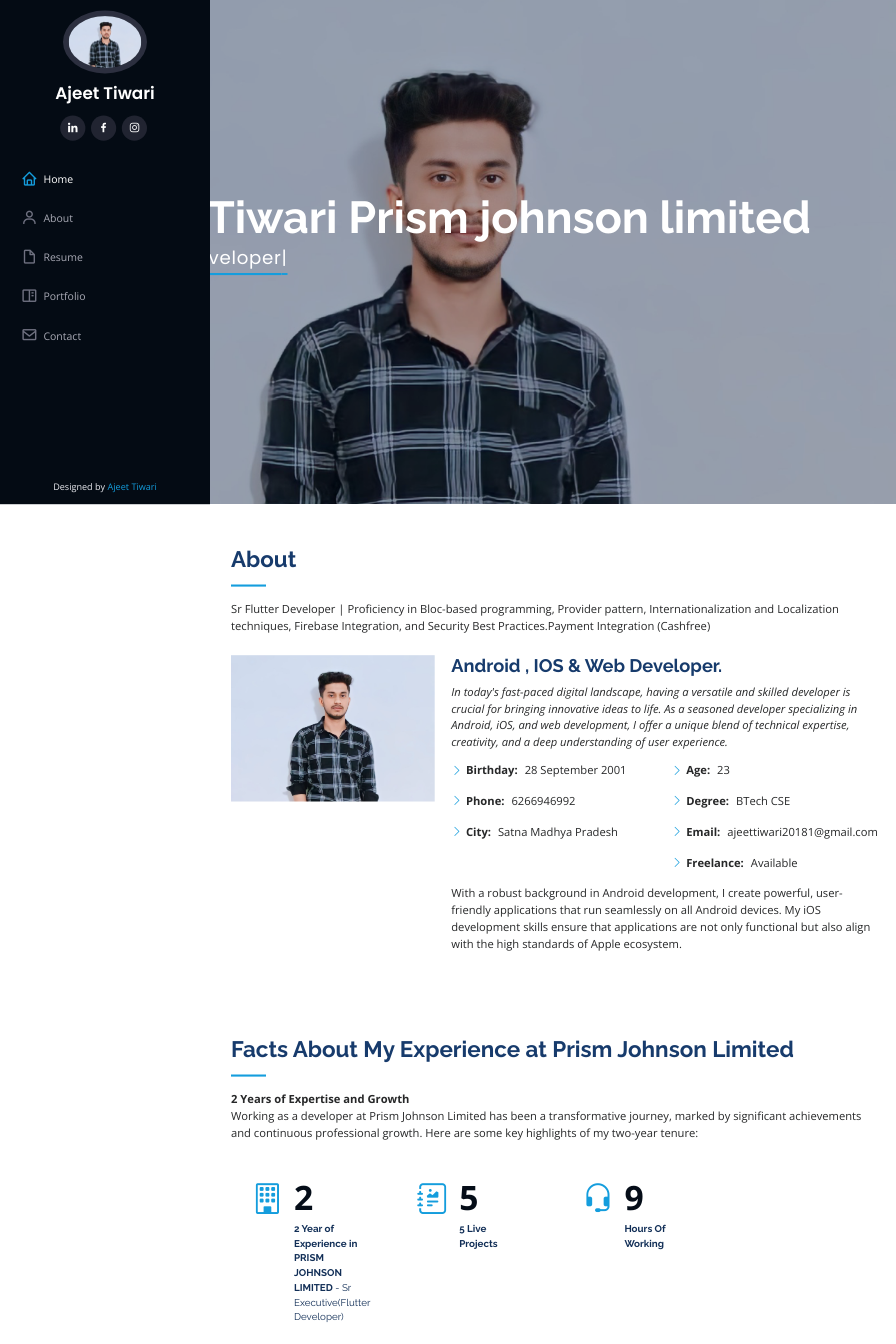
Repository: ajeettiwari-2809/iPortfolio
Page: index.html
These files come from the project's save history. The page is drawn as it stood at one moment and after the next save; the edit follows.
The browser window is 1280 px wide. The pictures show the part of the page from y = 0 to 1920 px (the page is 5395 px tall), at 70% of full size.
A picture or video elsewhere on the page could not be fetched, so the positions and the page height are approximate. Backgrounds fixed to the window are drawn as part of the page.

Above is the page before, as saved 2024-06-05 15:26:16.

### index.html
<!DOCTYPE html>
<html lang="en">

<head>
  <meta charset="utf-8">
  <meta content="width=device-width, initial-scale=1.0" name="viewport">

  <title>myportfolio</title>
  <meta content="" name="description">
  <meta content="" name="keywords">

  <!-- Favicons -->


  <!-- Google Fonts -->
  <link href="https://fonts.googleapis.com/css?family=Open+Sans:300,300i,400,400i,600,600i,700,700i|Raleway:300,300i,400,400i,500,500i,600,600i,700,700i|Poppins:300,300i,400,400i,500,500i,600,600i,700,700i" rel="stylesheet">

  <!-- Vendor CSS Files -->
  <link href="assets/vendor/aos/aos.css" rel="stylesheet">
  <link href="assets/vendor/bootstrap/css/bootstrap.min.css" rel="stylesheet">
  <link href="assets/vendor/bootstrap-icons/bootstrap-icons.css" rel="stylesheet">
  <link href="assets/vendor/boxicons/css/boxicons.min.css" rel="stylesheet">
  <link href="assets/vendor/glightbox/css/glightbox.min.css" rel="stylesheet">
  <link href="assets/vendor/swiper/swiper-bundle.min.css" rel="stylesheet">

  <!-- Template Main CSS File -->
  <link href="assets/css/style.css" rel="stylesheet">

  <!-- =======================================================
  * Template Name: iPortfolio
  * Template URL: https://bootstrapmade.com/iportfolio-bootstrap-portfolio-websites-template/
  * Updated: Mar 17 2024 with Bootstrap v5.3.3
  * Author: BootstrapMade.com
  * License: https://bootstrapmade.com/license/
  ======================================================== -->
</head>

<body>

  <!-- ======= Mobile nav toggle button ======= -->
  <i class="bi bi-list mobile-nav-toggle d-xl-none"></i>

  <!-- ======= Header ======= -->
  <header id="header">
    <div class="d-flex flex-column">

      <div class="profile">
        <img src="assets/img/ajeetimage.png" alt="" class="img-fluid rounded-circle">
        <h1 class="text-light"><a href="index.html">Ajeet Tiwari</a></h1>
        <div class="social-links mt-3 text-center">
          <a href="https://www.linkedin.com/in/ajeet-tiwari-01905920b?utm_source=share&utm_campaign=share_via&utm_content=profile&utm_medium=ios_app" class="linkedin"><i class="bx bxl-linkedin"></i></a>
          <a href="https://www.facebook.com/share/cY1Q29HqS226Du95/?mibextid=LQQJ4d" class="facebook"><i class="bx bxl-facebook"></i></a>
          <a href="https://www.instagram.com/ajeettiwari____?igsh=a3J4eXc4cG4yYWhu&utm_source=qr" class="instagram"><i class="bx bxl-instagram"></i></a>




        </div>
      </div>

      <nav id="navbar" class="nav-menu navbar">
        <ul>
          <li><a href="#hero" class="nav-link scrollto active"><i class="bx bx-home"></i> <span>Home</span></a></li>
          <li><a href="#about" class="nav-link scrollto"><i class="bx bx-user"></i> <span>About</span></a></li>
          <li><a href="#resume" class="nav-link scrollto"><i class="bx bx-file-blank"></i> <span>Resume</span></a></li>
          <li><a href="#portfolio" class="nav-link scrollto"><i class="bx bx-book-content"></i> <span>Portfolio</span></a></li>
          <!-- <li><a href="#services" class="nav-link scrollto"><i class="bx bx-server"></i> <span>Services</span></a></li> -->
          <li><a href="#contact" class="nav-link scrollto"><i class="bx bx-envelope"></i> <span>Contact</span></a></li>
        </ul>
      </nav><!-- .nav-menu -->
    </div>
  </header><!-- End Header -->

  <!-- ======= Hero Section ======= -->
  <section id="hero" class="d-flex flex-column justify-content-center align-items-center" style="background-image: url(assets/img/ajeetimage.png);">
    <div class="hero-container" data-aos="fade-in">
      <h1>Ajeet Tiwari <span>Prism johnson limited</span></h1>
      <p>I'm <span class="typed" data-typed-items="Sr. Executive, Flutter Developer, Freelancer, Web Developer"></span></p>
    </div>


  </section><!-- End Hero -->

  <main id="main">

    <!-- ======= About Section ======= -->
    <section id="about" class="about">
      <div class="container">

        <div class="section-title">
          <h2>About</h2>
          <p>Sr Flutter Developer | Proficiency in Bloc-based programming, Provider pattern, Internationalization and Localization techniques, Firebase Integration, and Security Best Practices.Payment Integration (Cashfree)</p>
        </div>

        <div class="row">
          <div class="col-lg-4" data-aos="fade-right">
            <img src="assets/img/ajeetimage.png" class="img-fluid" alt="">
          </div>
          <div class="col-lg-8 pt-4 pt-lg-0 content" data-aos="fade-left">
            <h3>Android , IOS &amp; Web Developer.</h3>
            <p class="fst-italic">
              In today's fast-paced digital landscape, having a versatile and skilled developer is crucial for bringing innovative ideas to life. As a seasoned developer specializing in Android, iOS, and web development, I offer a unique blend of technical expertise, creativity, and a deep understanding of user experience.
            </p>
            <div class="row">
              <div class="col-lg-6">
                <ul>
                  <li><i class="bi bi-chevron-right"></i> <strong>Birthday:</strong> <span>28 September 2001</span></li>

                  <li><i class="bi bi-chevron-right"></i> <strong>Phone:</strong> <span>6266946992</span></li>
                  <li><i class="bi bi-chevron-right"></i> <strong>City:</strong> <span>Satna Madhya Pradesh</span></li>
                </ul>
              </div>
              <div class="col-lg-6">
                <ul>
                  <li><i class="bi bi-chevron-right"></i> <strong>Age:</strong> <span>23</span></li>
                  <li><i class="bi bi-chevron-right"></i> <strong>Degree:</strong> <span>BTech CSE</span></li>
                  <li><i class="bi bi-chevron-right"></i> <strong>Email:</strong> <span>ajeettiwari20181@gmail.com</span></li>
                  <li><i class="bi bi-chevron-right"></i> <strong>Freelance:</strong> <span>Available</span></li>
                </ul>
              </div>
            </div>
            <p>
              With a robust background in Android development, I create powerful, user-friendly applications that run seamlessly on all Android devices.

            My iOS development skills ensure that applications are not only functional but also align with the high standards of Apple ecosystem.
            </p>
          </div>
        </div>

      </div>
    </section><!-- End About Section -->

    <!-- ======= Facts Section ======= -->
    <section id="facts" class="facts">
      <div class="container">

        <div class="section-title">
          <h2>Facts About My Experience at Prism Johnson Limited
          </h2>
          <b>2 Years of Expertise and Growth</b>
          <p>Working as a developer at Prism Johnson Limited has been a transformative journey, marked by significant achievements and continuous professional growth. Here are some key highlights of my two-year tenure:</p>
        </div>

        <div class="row no-gutters">

          <div class="col-lg-3 col-md-6 d-md-flex align-items-md-stretch" data-aos="fade-up">
            <div class="count-box">
              <i class="bi bi-building"></i>
 <span data-purecounter-start="0" data-purecounter-end="2 " data-purecounter-duration="1" class="purecounter"></span>
              <p><strong>2 Year of Experience in PRISM JOHNSON LIMITED</strong>  - Sr Executive(Flutter Developer)</p>
            </div>
          </div>

          <div class="col-lg-3 col-md-6 d-md-flex align-items-md-stretch" data-aos="fade-up" data-aos-delay="100">
            <div class="count-box">
              <i class="bi bi-journal-richtext"></i>
              <span data-purecounter-start="0" data-purecounter-end="5" data-purecounter-duration="1" class="purecounter"></span>
              <p><strong>5 Live  Projects</strong></p>
            </div>
          </div>

          <div class="col-lg-3 col-md-6 d-md-flex align-items-md-stretch" data-aos="fade-up" data-aos-delay="200">
            <div class="count-box">
              <i class="bi bi-headset"></i>
              <span data-purecounter-start="0" data-purecounter-end="9" data-purecounter-duration="1" class="purecounter"></span>
              <p><strong>Hours Of Working</strong> </p>
            </div>
          </div>



        </div>

      </div>
    </section><!-- End Facts Section -->

    <!-- ======= Skills Section ======= -->
    <section id="skills" class="skills section-bg">
      <div class="container">

        <div class="section-title">
          <h2>Comprehensive Skill Set: Your Go-To Developer for Android, iOS, and Web Solutions</h2>
          <b>Mastering the Art of Development</b>
          <p>In the dynamic field of technology, having a diverse and robust skill set is essential to stay ahead of the curve. With a solid foundation and continuous learning, I have developed a comprehensive range of skills across Android, iOS, and web development. Here’s a detailed look at my key competencies:</p>
        </div>

        <div class="row skills-content">

          <div class="col-lg-6" data-aos="fade-up">

            <div class="progress">
              <span class="skill">FLUTTER & DART   <i class="val">100%</i></span>
              <div class="progress-bar-wrap">
                <div class="progress-bar" role="progressbar" aria-valuenow="100" aria-valuemin="0" aria-valuemax="100"></div>
              </div>
            </div>

            <div class="progress">
              <span class="skill">HTML & CSS <i class="val">95%</i></span>
              <div class="progress-bar-wrap">
                <div class="progress-bar" role="progressbar" aria-valuenow="90" aria-valuemin="0" aria-valuemax="100"></div>
              </div>
            </div>

            <div class="progress">
              <span class="skill">Java<i class="val">70%</i></span>
              <div class="progress-bar-wrap">
                <div class="progress-bar" role="progressbar" aria-valuenow="75" aria-valuemin="0" aria-valuemax="100"></div>
              </div>
            </div>

          </div>

          <div class="col-lg-6" data-aos="fade-up" data-aos-delay="100">

            <div class="progress">
              <span class="skill">ANGULAR <i class="val">90%</i></span>
              <div class="progress-bar-wrap">
                <div class="progress-bar" role="progressbar" aria-valuenow="80" aria-valuemin="0" aria-valuemax="100"></div>
              </div>
            </div>

            <div class="progress">
              <span class="skill">DATA STRUCTURE & ALGORITHAM<i class="val">50%</i></span>
              <div class="progress-bar-wrap">
                <div class="progress-bar" role="progressbar" aria-valuenow="90" aria-valuemin="0" aria-valuemax="100"></div>
              </div>
            </div>



          </div>

        </div>

      </div>
    </section><!-- End Skills Section -->

   <!-- REsume section -->

    <section id="resume" class="resume">
      <div class="container">

        <div class="section-title">
          <h2>Resume</h2>
          <p>Versatile Android, iOS, and Web Developer with Proven Track Record in Delivering High-Quality Projects On Time.</p>
        </div>

        <div class="row">
          <div class="col-lg-12" data-aos="fade-up">
            <iframe src="assets/resume.pdf" width="100%" height="600px" style="border: none;"></iframe>
          </div>
        </div>

      </div>
    </section>


    <!-- ======= Portfolio Section ======= -->
    <section id="portfolio" class="portfolio section-bg">
      <div class="container">

        <div class="section-title">
          <h2>My Portfolio: Showcasing Innovation and Excellence in Android, iOS, and Web Development</h2>
          <p>As a dedicated developer with a passion for creating seamless and impactful digital experiences, my portfolio is a testament to my skills, creativity, and commitment to excellence. Here, you'll find a selection of my most significant projects, each highlighting my expertise in Android, iOS, and web development.</p>
        </div>

        <div class="row" data-aos="fade-up">
          <div class="col-lg-12 d-flex justify-content-center">
            <ul id="portfolio-flters">
              <li data-filter="*" class="filter-active">All</li>
              <li data-filter=".filter-app">App</li>

              <li data-filter=".filter-web">Web</li>
            </ul>
          </div>
        </div>

        <div class="row portfolio-container" data-aos="fade-up" data-aos-delay="100">

          <div class="col-lg-4 col-md-6 portfolio-item filter-app">
            <div class="portfolio-wrap"  style="height: 300px;">
              <img src="https://encrypted-tbn0.gstatic.com/images?q=tbn:ANd9GcQEhpZyL2tw1JmrYVNpmJJKZMkWOTEFITJp1g&s" class="img-fluid" alt="">
              <div class="portfolio-links">
                <a href="https://play.google.com/store/search?q=prism%20aspire&c=apps&hl=en-IN"  title="Prism Aspire"><i class="bx bxl-android"></i>
                </a>
                <a href="aspire.html" title="More Details"><i class="bx bx-link"></i></a>
              </div>
            </div>
          </div>

          <div class="col-lg-4 col-md-6 portfolio-item filter-app">
            <div class="portfolio-wrap"  style="height: 300px;">
              <img src="assets/img/insapp.png" class="img-fluid" alt="">
              <div class="portfolio-links">
                <a href="https://play.google.com/store/apps/details?id=com.seva.indica&hl=en-IN"  title="Indica Labs"><i class="bx bxl-android"></i>
                </a>
                <a href="" title="More Details"><i class="bx bx-link"></i></a>
              </div>
            </div>
          </div>

          <div class="col-lg-4 col-md-6 portfolio-item filter-web">
            <div class="portfolio-wrap">
              <img src="assets/img/aspireweb.png" class="img-fluid" alt="">
              <div class="portfolio-links">
                <a href="https://aspire.prismcement.com/" title="Web 3"><i class="bx bx-plus"></i></a>
                <a href="aspireweb.html" title="More Details"><i class="bx bx-link"></i></a>
              </div>
            </div>
          </div>





          <div class="col-lg-4 col-md-6 portfolio-item filter-web">
            <div class="portfolio-wrap">
              <img src="assets/img/aspireweb1.png"class="img-fluid" alt="">
              <div class="portfolio-links">
                <a href="https://asms.prismcement.com/" title="Web 2"><i class="bx bx-plus"></i></a>
                <a href="asms.html" title="More Details"><i class="bx bx-link"></i></a>
              </div>
            </div>
          </div>







          <div class="col-lg-4 col-md-6 portfolio-item filter-web">
            <div class="portfolio-wrap">
              <img src="assets/img/indweb.png" class="img-fluid" alt="">
              <div class="portfolio-links">
                <a href="https://www.indicalabs.in/"  title="Web 3"><i class="bx bx-plus"></i></a>
                <a href="" title="More Details"><i class="bx bx-link"></i></a>
              </div>
            </div>
          </div>

        </div>

      </div>
    </section><!-- End Portfolio Section -->

    <!-- ======= Services Section ======= -->

    <!-- ======= Testimonials Section ======= -->


    <!-- ======= Contact Section ======= -->
    <section id="contact" class="contact">
      <div class="container">

        <div class="section-title">
          <h2>Contact Details</h2>
          <p>Having clear and accessible contact details is essential for any business or organization. It facilitates communication between the business and its customers, partners, or any interested parties.</p>
        </div>

        <div class="row" data-aos="fade-in">

          <div class="col-lg-5 d-flex align-items-stretch">
            <div class="info">
              <div class="address">
                <i class="bi bi-geo-alt"></i>
                <h4>Location:</h4>
                <p>SATNA MADHYA PRADESH , north pateri (near VITS Collage)</p>
              </div>

              <div class="email">
                <i class="bi bi-envelope"></i>
                <h4>Email:</h4>
                <p>ajeettiwari20181@gmail.com</p>
              </div>

              <div class="phone">
                <i class="bi bi-phone"></i>
                <h4>Call:</h4>
                <p>6266946992</p>
              </div>

              <iframe
              src="https://www.google.com/maps/embed?pb=!1m18!1m12!1m3!1d3650.9641726063856!2d80.8057675!3d24.580446!2m3!1f0!2f0!3f0!3m2!1i1024!2i768!4f13.1!3m3!1m2!1s0x3983807ecde0a2d7%3A0x99a9d33eb61fc70d!2sNorth+Pateri%2C+Satna%2C+Madhya+Pradesh+485001!5e0!3m2!1sen!2sin!4v1624269371519!5m2!1sen!2sin"
              width="600"
              height="450"
              style="border:0;"
              allowfullscreen=""
              loading="lazy"
            ></iframe>
            </div>

          </div>



        </div>

      </div>
    </section><!-- End Contact Section -->

  </main><!-- End #main -->

  <!-- ======= Footer ======= -->
  <footer id="footer">
    <div class="container">

      <div class="credits">
        <!-- All the links in the footer should remain intact. -->
        <!-- You can delete the links only if you purchased the pro version. -->
        <!-- Licensing information: https://bootstrapmade.com/license/ -->
        <!-- Purchase the pro version with working PHP/AJAX contact form: https://bootstrapmade.com/iportfolio-bootstrap-portfolio-websites-template/ -->
        Designed by <a href="">Ajeet Tiwari</a>
      </div>
    </div>
  </footer><!-- End  Footer -->

  <a href="#" class="back-to-top d-flex align-items-center justify-content-center"><i class="bi bi-arrow-up-short"></i></a>

  <!-- Vendor JS Files -->
  <script src="assets/vendor/purecounter/purecounter_vanilla.js"></script>
  <script src="assets/vendor/aos/aos.js"></script>
  <script src="assets/vendor/bootstrap/js/bootstrap.bundle.min.js"></script>
  <script src="assets/vendor/glightbox/js/glightbox.min.js"></script>
  <script src="assets/vendor/isotope-layout/isotope.pkgd.min.js"></script>
  <script src="assets/vendor/swiper/swiper-bundle.min.js"></script>
  <script src="assets/vendor/typed.js/typed.umd.js"></script>
  <script src="assets/vendor/waypoints/noframework.waypoints.js"></script>
  <script src="assets/vendor/php-email-form/validate.js"></script>

  <!-- Template Main JS File -->
  <script src="assets/js/main.js"></script>

</body>

</html>

Loaded but not shown: assets/vendor/aos/aos.css (library); assets/vendor/bootstrap/css/bootstrap.min.css (library); assets/vendor/bootstrap-icons/bootstrap-icons.css (library); assets/vendor/boxicons/css/boxicons.min.css (library); assets/vendor/glightbox/css/glightbox.min.css (library); assets/vendor/swiper/swiper-bundle.min.css (library); assets/vendor/purecounter/purecounter_vanilla.js (library); assets/vendor/aos/aos.js (library); assets/vendor/bootstrap/js/bootstrap.bundle.min.js (library); assets/vendor/glightbox/js/glightbox.min.js (library); assets/vendor/isotope-layout/isotope.pkgd.min.js (library); assets/vendor/swiper/swiper-bundle.min.js (library); assets/vendor/typed.js/typed.umd.js (library); assets/vendor/waypoints/noframework.waypoints.js (library); assets/vendor/php-email-form/validate.js (common file); assets/js/main.js (263 lines, source omitted); assets/css/style.css (1106 lines, source omitted)

After the next save:
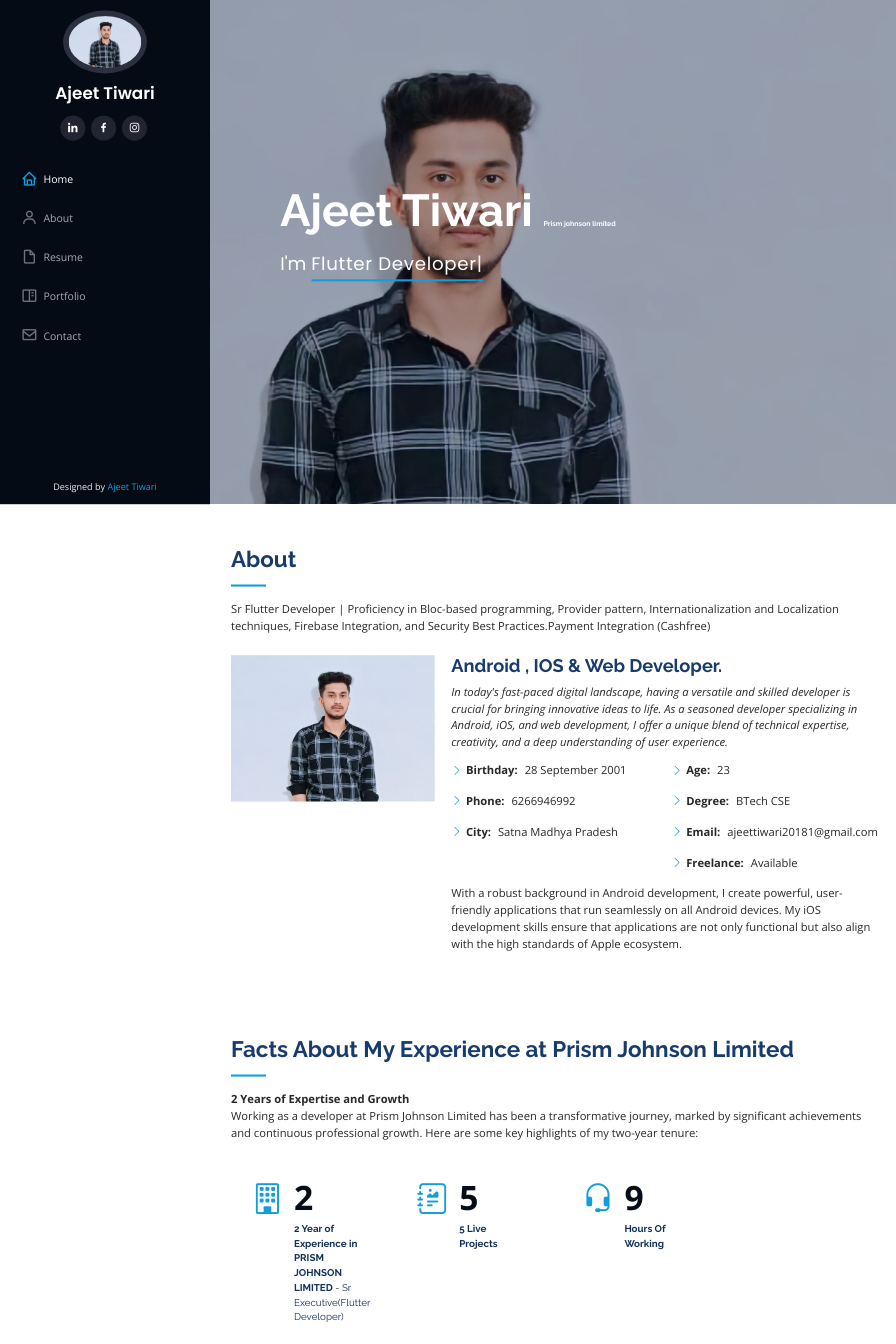
Saved 14 s later.
--- a/index.html
+++ b/index.html
@@ -74,7 +74,7 @@
   <!-- ======= Hero Section ======= -->
   <section id="hero" class="d-flex flex-column justify-content-center align-items-center" style="background-image: url(assets/img/ajeetimage.png);">
     <div class="hero-container" data-aos="fade-in">
-      <h1>Ajeet Tiwari <span>Prism johnson limited</span></h1>
+      <h1>Ajeet Tiwari <span style="font-size: 10px;">Prism johnson limited</span></h1>
       <p>I'm <span class="typed" data-typed-items="Sr. Executive, Flutter Developer, Freelancer, Web Developer"></span></p>
     </div>
 
